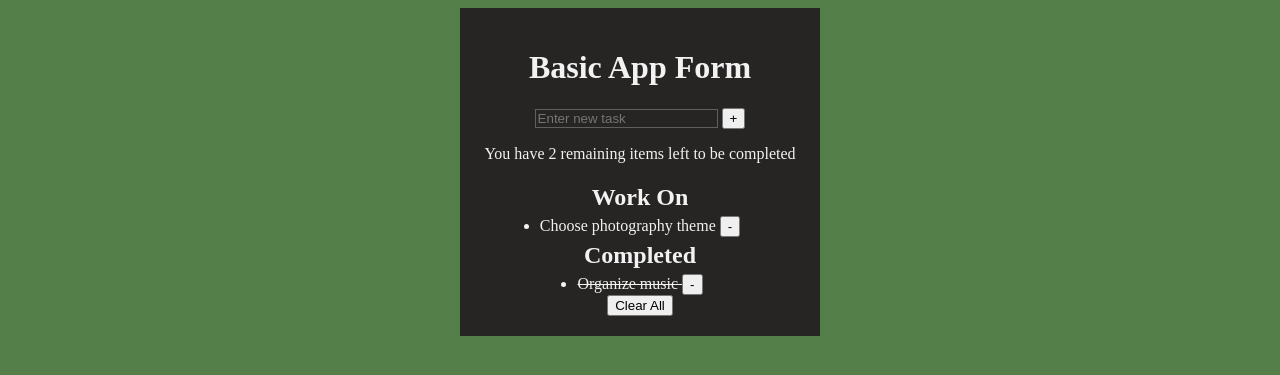
Repository: Kayla-amr/dgm_3760
Page: todoTemplate-W2/index.html
These files come from the project's save history. The page is drawn as it stood at one moment and after the next save; the edit follows.
The browser window is 1280 px wide. The pictures show the whole page.

Above is the page before, as saved 2022-11-08 13:10:46.

After the next save:
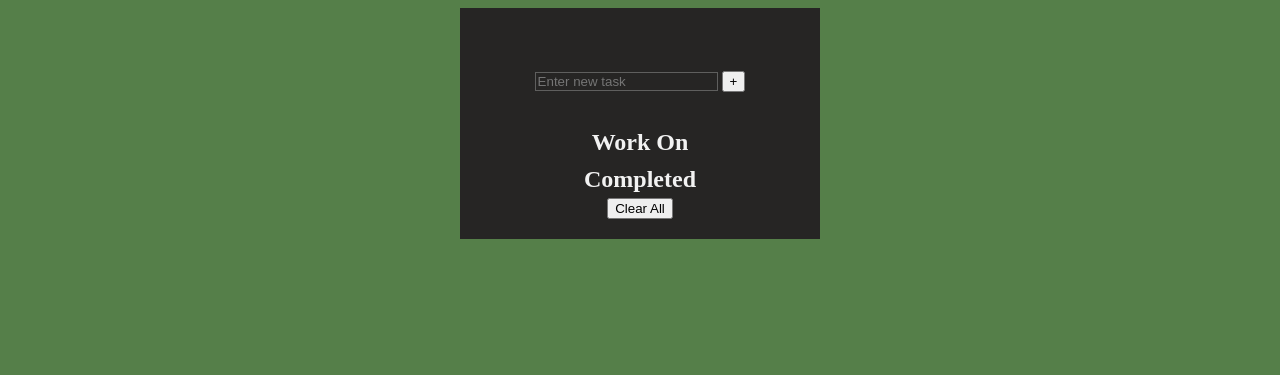
Console error: SyntaxError: Unexpected token ')'
Saved 19 s later.
--- a/todoTemplate-W2/index.js
+++ b/todoTemplate-W2/index.js
@@ -93,7 +93,7 @@ function deleteComplete() {
 
 function remaining() {
 	remainingTasks.textContent = `You have ${todoTaskUl.tagName.length} remaining items left to be completed`;
-	console.log(todoTaskUl.tagName)
+	console.log(todoTaskUl.)
 }
 
 remaining();

After the save that followed:
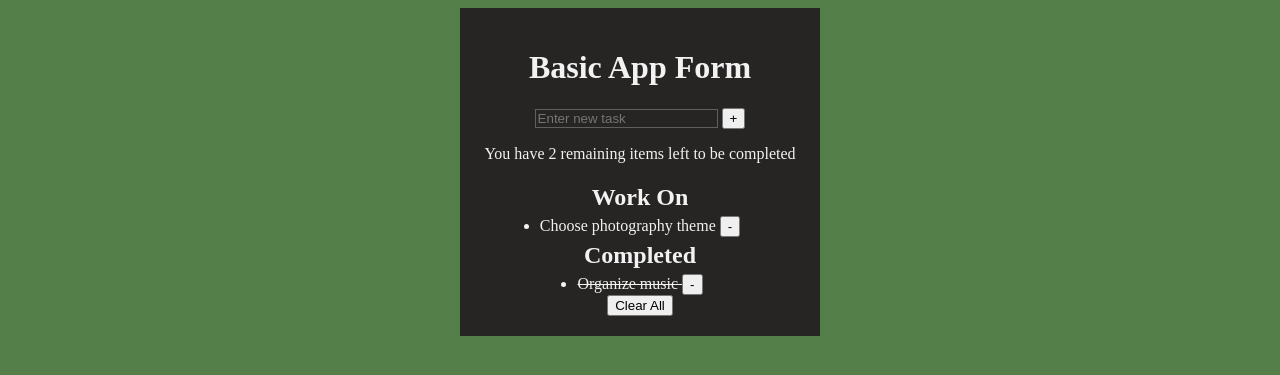
The error is gone.
Saved 9 s later.
--- a/todoTemplate-W2/index.js
+++ b/todoTemplate-W2/index.js
@@ -93,7 +93,7 @@ function deleteComplete() {
 
 function remaining() {
 	remainingTasks.textContent = `You have ${todoTaskUl.tagName.length} remaining items left to be completed`;
-	console.log(todoTaskUl.)
+	console.log(todoTaskUl.span)
 }
 
 remaining();
